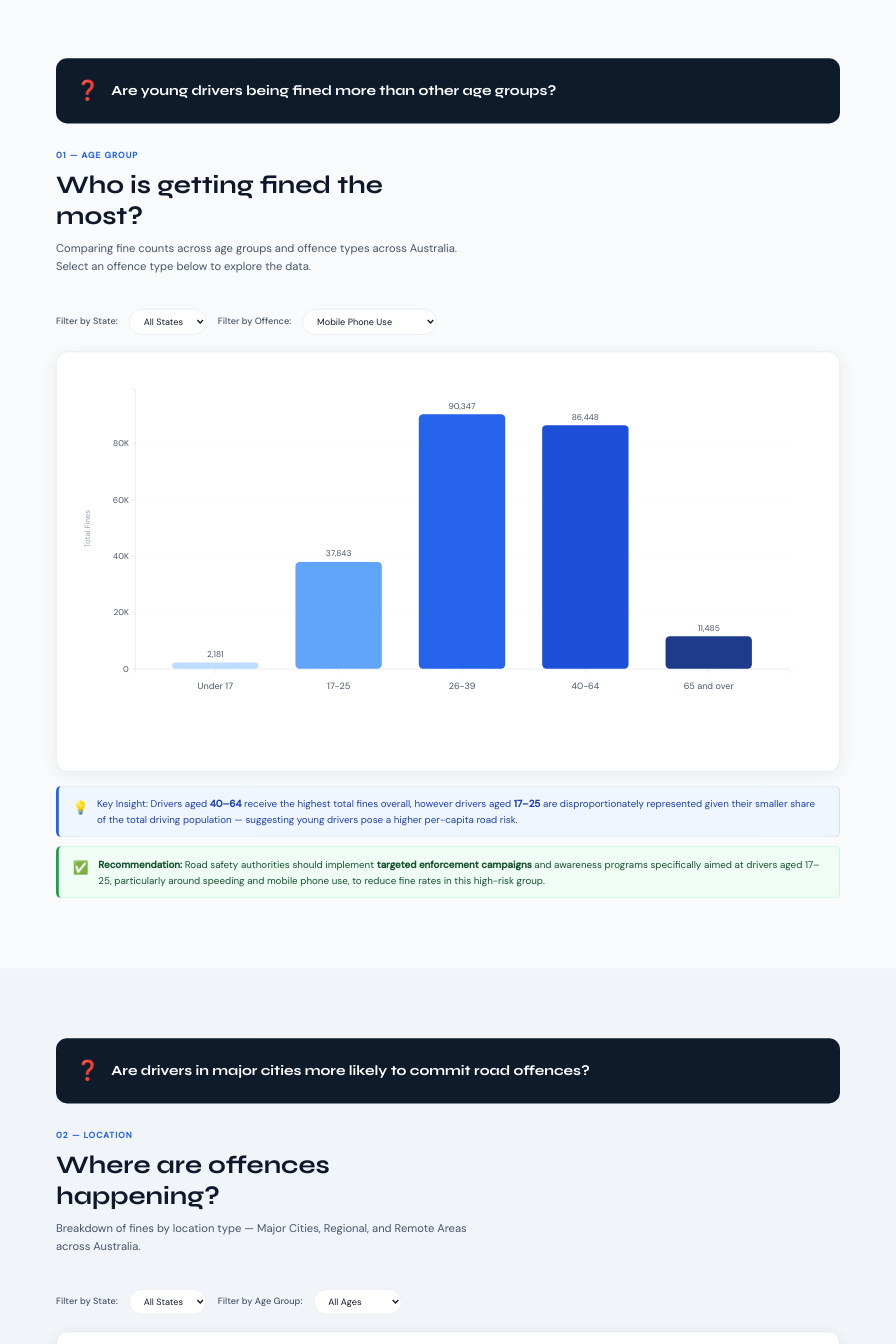
Repository: j26046183-hue/COS30045-GROUP-ASSIGNMENT
Page: index.html
These files come from the project's save history. The page is drawn as it stood at one moment and after the next save; the edit follows.
The browser window is 1280 px wide. The pictures show the part of the page from y = 915 to 2835 px (the page is 6718 px tall before and 6620 px after), at 70% of full size.

Above is the page before, as saved 2026-06-04 22:44:00.

### index.html
<!DOCTYPE html>
<html lang="en">
<head>
    <meta charset="UTF-8">
    <meta name="viewport" content="width=device-width, initial-scale=1.0">
    <title>Australian Road Safety Enforcement</title>
    <link href="https://fonts.googleapis.com/css2?family=Syne:wght@400;600;700;800&family=DM+Sans:wght@300;400;500&display=swap" rel="stylesheet">
    <script src="https://d3js.org/d3.v7.min.js"></script>
    <link rel="stylesheet" href="css/style.css">
</head>
<body>

    <!-- NAVBAR -->
    <nav id="navbar">
        <div class="nav-brand">
            <span class="brand-dot"></span>
            Police Enforcement
        </div>
        <ul class="nav-links">
            <li><a href="#intro">Home</a></li>
            <li><a href="#age-group">Age Group</a></li>
            <li><a href="#location">Location</a></li>
            <li><a href="#drug-tests">Drug Tests</a></li>
            <li><a href="#state">By State</a></li>
        </ul>
    </nav>

    <!-- SECTION 1 - HERO -->
    <section id="intro">
        <div class="hero-bg-grid"></div>
        <div class="hero-content">
            <div class="hero-tag">BITRE Road Safety Enforcement Data · 2024</div>
            <h1>Australian Road Safety<br><span class="highlight">Enforcement</span><br>Dashboard</h1>
            <p>Exploring enforcement data across fines, drug tests, and arrests — broken down by age, location, and state.</p>
            <a href="#age-group" class="btn-hero">Start Exploring <span class="arrow">↓</span></a>
        </div>
        <div class="hero-stats">
            <div class="hero-stat">
                <span class="stat-num">12,179</span>
                <span class="stat-label">Records analysed</span>
            </div>
            <div class="hero-stat">
                <span class="stat-num">8</span>
                <span class="stat-label">States & territories</span>
            </div>
            <div class="hero-stat">
                <span class="stat-num">5</span>
                <span class="stat-label">Age groups</span>
            </div>
            <div class="hero-stat">
                <span class="stat-num">2024</span>
                <span class="stat-label">Data year</span>
            </div>
        </div>
    </section>

    <!-- SECTION 2 - AGE GROUP -->
    <section id="age-group" class="chart-section">

        <!-- Story Question -->
        <div class="story-question">
            <span class="question-icon">❓</span>
            <h3>Are young drivers being fined more than other age groups?</h3>
        </div>

        <div class="section-header">
            <div class="section-tag">01 — Age Group</div>
            <h2>Who is getting fined the most?</h2>
            <p>Comparing fine counts across age groups and offence types across Australia. Select an offence type below to explore the data.</p>
        </div>

        <div class="chart-controls">
            <label>Filter by State:</label>
            <select id="age-state-filter">
                <option value="all">All States</option>
            </select>
            <label>Filter by Offence:</label>
            <select id="age-offence-filter"></select>
        </div>

        <div class="chart-card">
            <div id="age-group-chart"></div>
        </div>

        <div class="insight-box">
            <span class="insight-icon">💡</span>
            <span>Key Insight: Drivers aged <strong>40–64</strong> receive the highest total fines overall, however drivers aged <strong>17–25</strong> are disproportionately represented given their smaller share of the total driving population — suggesting young drivers pose a higher per-capita road risk.</span>
        </div>

        <div class="recommendation-box">
            <span class="rec-icon">✅</span>
            <div>
                <strong>Recommendation:</strong> Road safety authorities should implement <strong>targeted enforcement campaigns</strong> and awareness programs specifically aimed at drivers aged 17–25, particularly around speeding and mobile phone use, to reduce fine rates in this high-risk group.
            </div>
        </div>

    </section>

    <!-- SECTION 3 - LOCATION -->
    <section id="location" class="chart-section alt-bg">

        <!-- Story Question -->
        <div class="story-question">
            <span class="question-icon">❓</span>
            <h3>Are drivers in major cities more likely to commit road offences?</h3>
        </div>

        <div class="section-header">
            <div class="section-tag">02 — Location</div>
            <h2>Where are offences happening?</h2>
            <p>Breakdown of fines by location type — Major Cities, Regional, and Remote Areas across Australia.</p>
        </div>

        <div class="chart-controls">
            <label>Filter by State:</label>
            <select id="loc-state-filter">
                <option value="all">All States</option>
            </select>
            <label>Filter by Age Group:</label>
            <select id="loc-age-filter">
                <option value="all">All Ages</option>
            </select>
        </div>

        <div class="chart-card">
            <div id="location-chart"></div>
        </div>

        <div class="insight-box">
            <span class="insight-icon">💡</span>
            <span>Key Insight: <strong>Major cities</strong> account for the highest fine counts due to higher population density and increased traffic volume, while remote areas show relatively lower enforcement activity.</span>
        </div>

        <div class="recommendation-box">
            <span class="rec-icon">✅</span>
            <div>
                <strong>Recommendation:</strong> While major cities dominate in total fines, authorities should consider <strong>increasing enforcement presence</strong> in outer regional and remote areas where road conditions are more hazardous and enforcement is less frequent.
            </div>
        </div>

    </section>

    <!-- SECTION 4 - DRUG TESTS -->
    <section id="drug-tests" class="chart-section">

        <!-- Story Question -->
        <div class="story-question">
            <span class="question-icon">❓</span>
            <h3>Is drug driving becoming a bigger problem on Australian roads?</h3>
        </div>

        <div class="section-header">
            <div class="section-tag">03 — Drug Tests</div>
            <h2>How has drug driving changed?</h2>
            <p>Positive drug test counts by substance type — Cannabis, Amphetamine, and more across 2023 and 2024.</p>
        </div>

        <div class="chart-controls">
            <label>Filter by State:</label>
            <select id="drug-state-filter">
                <option value="all">All States</option>
            </select>
            <label>Filter by Year:</label>
            <select id="drug-year-filter">
                <option value="all">All Years</option>
                <option value="2023">2023</option>
                <option value="2024">2024</option>
            </select>
        </div>

        <div class="chart-two-col">
            <div class="chart-card">
                <h3 class="chart-title">Positive Tests Over Time</h3>
                <div id="drug-line-chart"></div>
            </div>
            <div class="chart-card">
                <h3 class="chart-title">Drug Type Breakdown</h3>
                <div id="drug-donut-chart"></div>
            </div>
        </div>

        <div class="insight-box">
            <span class="insight-icon">💡</span>
            <span>Key Insight: <strong>Amphetamine</strong> is the most commonly detected substance in positive drug tests, followed by Cannabis. Drug test numbers remain consistently high across both 2023 and 2024, indicating drug driving is an ongoing road safety concern.</span>
        </div>

        <div class="recommendation-box">
            <span class="rec-icon">✅</span>
            <div>
                <strong>Recommendation:</strong> Authorities should <strong>increase roadside drug testing frequency</strong>, particularly in states with high positive test rates, and focus public awareness campaigns on the dangers of driving under the influence of amphetamines and cannabis.
            </div>
        </div>

    </section>

    <!-- SECTION 5 - STATE -->
    <section id="state" class="chart-section alt-bg">

        <!-- Story Question -->
        <div class="story-question">
            <span class="question-icon">❓</span>
            <h3>Which Australian states have the highest road safety enforcement activity?</h3>
        </div>

        <div class="section-header">
            <div class="section-tag">04 — By State</div>
            <h2>How do states compare?</h2>
            <p>Total fines ranked by Australian state — filter by age group and offence type to explore patterns.</p>
        </div>

        <div class="chart-controls">
            <label>Filter by Age Group:</label>
            <select id="state-age-filter">
                <option value="all">All Ages</option>
            </select>
            <label>Filter by Offence:</label>
            <select id="state-metric-filter">
                <option value="all">All Offences</option>
            </select>
        </div>

        <div class="chart-card">
            <div id="state-chart"></div>
        </div>

        <div class="insight-box">
            <span class="insight-icon">💡</span>
            <span>Key Insight: <strong>NSW and VIC</strong> consistently lead in total fines due to their larger populations and higher traffic volumes, while smaller states like ACT and TAS record significantly lower enforcement numbers.</span>
        </div>

        <div class="recommendation-box">
            <span class="rec-icon">✅</span>
            <div>
                <strong>Recommendation:</strong> Smaller states should <strong>benchmark against NSW and VIC's enforcement strategies</strong> to identify gaps in road safety coverage. Population-adjusted fine rates should be used to more accurately compare enforcement effectiveness across states.
            </div>
        </div>

    </section>

    <!-- FOOTER -->
    <footer>
        <div class="footer-content">
            <div class="footer-brand">Police Enforcement</div>
            <p>Data sourced from the Bureau of Infrastructure and Transport Research Economics (BITRE), 2024.</p>
            <p>Built for COS30045 Data Visualisation · Swinburne University of Technology</p>
        </div>
    </footer>

    <script src="js/age-group.js"></script>
    <script src="js/location.js"></script>
    <script src="js/drug-tests.js"></script>
    <script src="js/state.js"></script>

</body>
</html>

### css/style.css
/* =====================
   CSS VARIABLES
===================== */
:root {
    --navy: #0d1b2a;
    --navy-light: #1b2d42;
    --blue: #2563eb;
    --blue-light: #3b82f6;
    --accent: #f97316;
    --white: #ffffff;
    --off-white: #f8fafc;
    --gray-100: #f1f5f9;
    --gray-200: #e2e8f0;
    --gray-400: #94a3b8;
    --gray-600: #475569;
    --gray-800: #1e293b;
    --text-primary: #0f172a;
    --text-secondary: #475569;
    --card-shadow: 0 4px 24px rgba(0,0,0,0.07);
    --radius: 16px;
    --radius-sm: 8px;
}

/* =====================
   RESET & BASE
===================== */
* {
    margin: 0;
    padding: 0;
    box-sizing: border-box;
}

html {
    scroll-behavior: smooth;
}

body {
    font-family: 'DM Sans', sans-serif;
    color: var(--text-primary);
    background: var(--off-white);
    line-height: 1.6;
}

/* =====================
   NAVBAR
===================== */
#navbar {
    position: fixed;
    top: 0;
    left: 0;
    right: 0;
    background: rgba(13, 27, 42, 0.95);
    backdrop-filter: blur(12px);
    padding: 16px 48px;
    display: flex;
    align-items: center;
    justify-content: space-between;
    z-index: 1000;
    border-bottom: 1px solid rgba(255,255,255,0.08);
}

.nav-brand {
    color: var(--white);
    font-family: 'Syne', sans-serif;
    font-size: 18px;
    font-weight: 700;
    display: flex;
    align-items: center;
    gap: 10px;
}

.brand-dot {
    width: 10px;
    height: 10px;
    border-radius: 50%;
    background: var(--accent);
    display: inline-block;
}

.nav-links {
    list-style: none;
    display: flex;
    gap: 32px;
}

.nav-links a {
    color: var(--gray-400);
    text-decoration: none;
    font-size: 14px;
    font-weight: 400;
    transition: color 0.2s;
    letter-spacing: 0.3px;
}

.nav-links a:hover {
    color: var(--white);
}

/* =====================
   HERO SECTION
===================== */
#intro {
    min-height: 100vh;
    background: var(--navy);
    display: flex;
    flex-direction: column;
    align-items: center;
    justify-content: center;
    padding: 120px 48px 60px;
    position: relative;
    overflow: hidden;
    text-align: center;
}

.hero-bg-grid {
    position: absolute;
    inset: 0;
    background-image:
        linear-gradient(rgba(37,99,235,0.05) 1px, transparent 1px),
        linear-gradient(90deg, rgba(37,99,235,0.05) 1px, transparent 1px);
    background-size: 60px 60px;
    pointer-events: none;
}

.hero-content {
    position: relative;
    z-index: 1;
    max-width: 800px;
}

.hero-tag {
    display: inline-block;
    background: rgba(37,99,235,0.15);
    color: var(--blue-light);
    border: 1px solid rgba(37,99,235,0.3);
    padding: 6px 16px;
    border-radius: 100px;
    font-size: 13px;
    font-weight: 500;
    margin-bottom: 28px;
    letter-spacing: 0.5px;
}

#intro h1 {
    font-family: 'Syne', sans-serif;
    font-size: 56px;
    font-weight: 800;
    color: var(--white);
    line-height: 1.1;
    margin-bottom: 24px;
}

.highlight {
    color: var(--accent);
}

#intro p {
    font-size: 18px;
    color: var(--gray-400);
    margin-bottom: 40px;
    max-width: 560px;
    margin-left: auto;
    margin-right: auto;
}

.btn-hero {
    display: inline-flex;
    align-items: center;
    gap: 10px;
    background: var(--blue);
    color: white;
    padding: 14px 32px;
    border-radius: 100px;
    text-decoration: none;
    font-size: 16px;
    font-weight: 500;
    transition: background 0.2s, transform 0.2s;
}

.btn-hero:hover {
    background: var(--blue-light);
    transform: translateY(-2px);
}

.btn-hero .arrow {
    font-size: 18px;
}

.hero-stats {
    display: flex;
    gap: 0;
    margin-top: 80px;
    border: 1px solid rgba(255,255,255,0.08);
    border-radius: var(--radius);
    overflow: hidden;
    position: relative;
    z-index: 1;
}

.hero-stat {
    flex: 1;
    padding: 28px 32px;
    border-right: 1px solid rgba(255,255,255,0.08);
    text-align: center;
}

.hero-stat:last-child {
    border-right: none;
}

.stat-num {
    display: block;
    font-family: 'Syne', sans-serif;
    font-size: 32px;
    font-weight: 700;
    color: var(--white);
    margin-bottom: 4px;
}

.stat-label {
    display: block;
    font-size: 12px;
    color: var(--gray-400);
    letter-spacing: 0.5px;
    text-transform: uppercase;
}

/* =====================
   CHART SECTIONS
===================== */
.chart-section {
    padding: 100px 80px;
    min-height: 100vh;
}

.alt-bg {
    background: var(--gray-100);
}

.section-header {
    max-width: 600px;
    margin-bottom: 48px;
}

.section-tag {
    font-size: 12px;
    font-weight: 600;
    color: var(--blue);
    letter-spacing: 1.5px;
    text-transform: uppercase;
    margin-bottom: 12px;
}

.chart-section h2 {
    font-family: 'Syne', sans-serif;
    font-size: 36px;
    font-weight: 700;
    color: var(--text-primary);
    margin-bottom: 12px;
    line-height: 1.2;
}

.chart-section p {
    font-size: 16px;
    color: var(--text-secondary);
}

/* =====================
   CHART CONTROLS
===================== */
.chart-controls {
    display: flex;
    align-items: center;
    gap: 16px;
    margin-bottom: 24px;
    flex-wrap: wrap;
}

.chart-controls label {
    font-size: 13px;
    font-weight: 500;
    color: var(--text-secondary);
}

.chart-controls select {
    padding: 8px 16px;
    border: 1px solid var(--gray-200);
    border-radius: 100px;
    font-size: 13px;
    font-family: 'DM Sans', sans-serif;
    color: var(--text-primary);
    background: white;
    cursor: pointer;
    outline: none;
    transition: border 0.2s;
}

.chart-controls select:hover {
    border-color: var(--blue);
}

/* =====================
   CHART CARDS
===================== */
.chart-card {
    background: var(--white);
    border-radius: var(--radius);
    padding: 32px;
    box-shadow: var(--card-shadow);
    border: 1px solid var(--gray-200);
    margin-bottom: 20px;
    min-height: 600px;
}

.chart-two-col {
    display: grid;
    grid-template-columns: 1fr 1fr;
    gap: 24px;
    margin-bottom: 20px;
}

.chart-title {
    font-family: 'Syne', sans-serif;
    font-size: 16px;
    font-weight: 600;
    color: var(--text-primary);
    margin-bottom: 20px;
}

/* =====================
   INSIGHT BOX
===================== */
.insight-box {
    display: flex;
    align-items: flex-start;
    gap: 12px;
    background: #eff6ff;
    border: 1px solid #bfdbfe;
    border-left: 4px solid var(--blue);
    border-radius: var(--radius-sm);
    padding: 14px 20px;
    font-size: 14px;
    color: #1e40af;
    line-height: 1.6;
    margin-bottom: 12px;
}

.insight-icon {
    font-size: 18px;
    flex-shrink: 0;
    margin-top: 2px;
}

/* =====================
   STORY QUESTION
===================== */
.story-question {
    display: flex;
    align-items: center;
    gap: 16px;
    background: var(--navy);
    border-radius: var(--radius);
    padding: 24px 28px;
    margin-bottom: 36px;
}

.question-icon {
    font-size: 28px;
    flex-shrink: 0;
}

.story-question h3 {
    font-family: 'Syne', sans-serif;
    font-size: 20px;
    font-weight: 700;
    color: var(--white);
    line-height: 1.3;
}

/* =====================
   RECOMMENDATION BOX
===================== */
.recommendation-box {
    display: flex;
    align-items: flex-start;
    gap: 14px;
    background: #f0fdf4;
    border: 1px solid #bbf7d0;
    border-left: 4px solid #16a34a;
    border-radius: var(--radius-sm);
    padding: 14px 20px;
    font-size: 14px;
    color: #14532d;
    line-height: 1.6;
    margin-top: 12px;
}

.rec-icon {
    font-size: 18px;
    flex-shrink: 0;
    margin-top: 2px;
}

/* =====================
   FOOTER
===================== */
footer {
    background: var(--navy);
    padding: 60px 80px;
    text-align: center;
}

.footer-brand {
    font-family: 'Syne', sans-serif;
    font-size: 20px;
    font-weight: 700;
    color: var(--white);
    margin-bottom: 16px;
}

footer p {
    font-size: 13px;
    color: var(--gray-400);
    margin-bottom: 6px;
}

/* =====================
   D3 CHART STYLES
===================== */
.axis path,
.axis line {
    stroke: var(--gray-200);
}

.axis text {
    fill: var(--text-secondary);
    font-family: 'DM Sans', sans-serif;
    font-size: 12px;
}

.tooltip {
    position: absolute;
    background: var(--navy);
    color: white;
    padding: 10px 16px;
    border-radius: var(--radius-sm);
    font-size: 13px;
    font-family: 'DM Sans', sans-serif;
    pointer-events: none;
    opacity: 0;
    transition: opacity 0.2s;
    box-shadow: 0 8px 24px rgba(0,0,0,0.2);
    z-index: 9999;
}

/* =====================
   RESPONSIVE
===================== */
@media (max-width: 900px) {
    #navbar { padding: 14px 24px; }
    .nav-links { gap: 16px; }
    #intro h1 { font-size: 36px; }
    .chart-section { padding: 80px 24px; }
    .hero-stats { flex-direction: column; }
    .hero-stat { border-right: none; border-bottom: 1px solid rgba(255,255,255,0.08); }
    .chart-two-col { grid-template-columns: 1fr; }
}

Loaded but not shown: js/location.js (241 lines, source omitted); js/age-group.js (192 lines, source omitted); js/state.js (193 lines, source omitted); js/drug-tests.js (no stored copy; drawn as an empty file)

After the next save:
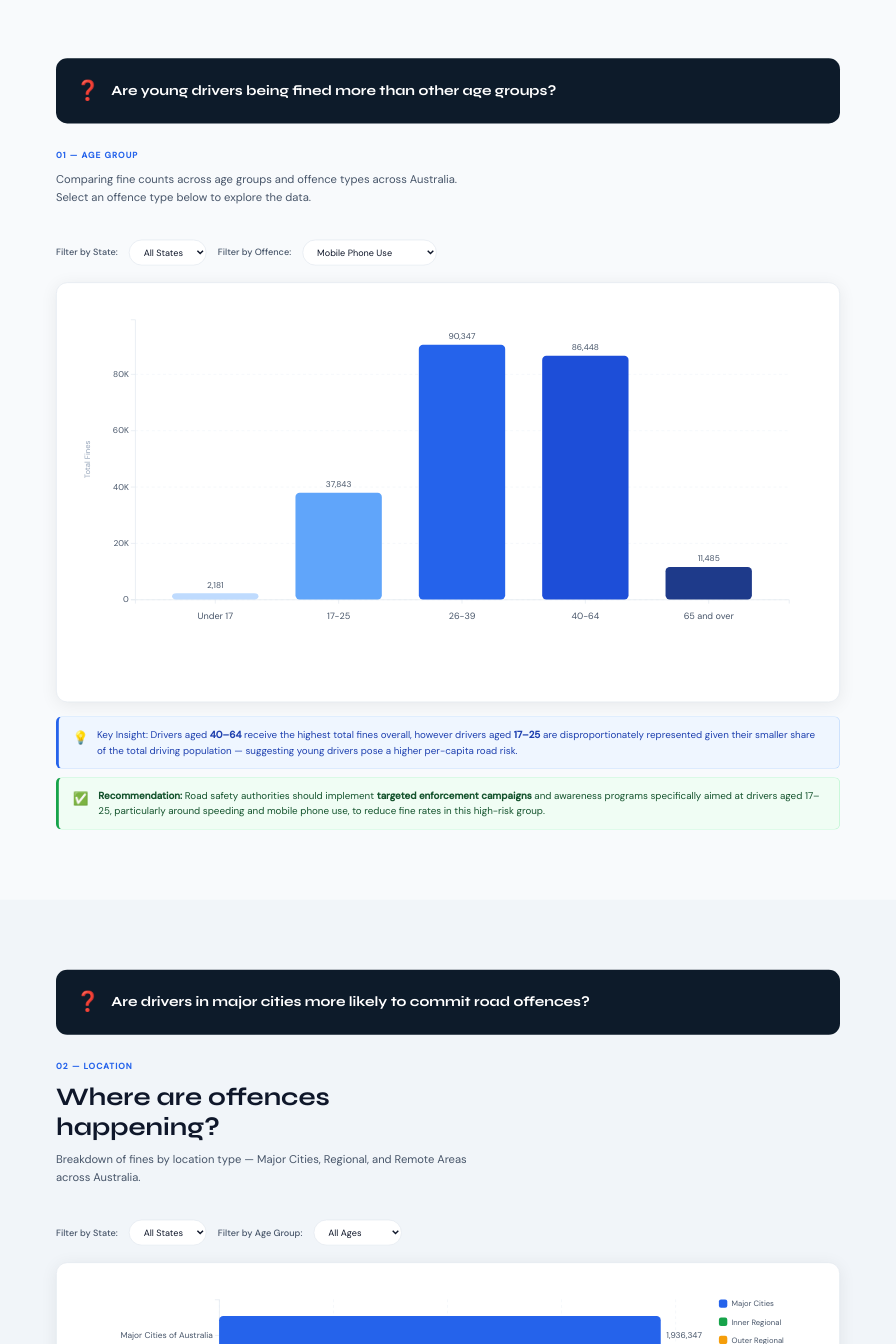
Saved 42 s later.
--- a/index.html
+++ b/index.html
@@ -65,7 +65,6 @@
 
         <div class="section-header">
             <div class="section-tag">01 — Age Group</div>
-            <h2>Who is getting fined the most?</h2>
             <p>Comparing fine counts across age groups and offence types across Australia. Select an offence type below to explore the data.</p>
         </div>
 
